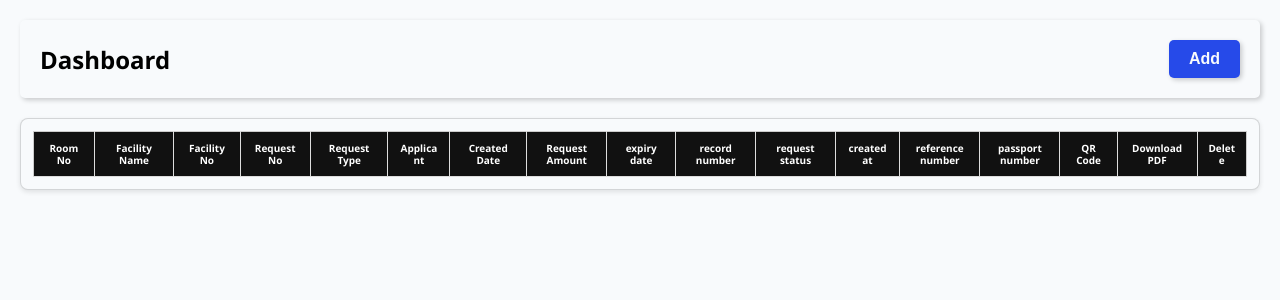
Repository: irfan-shah-sherani/Travel-Tour
Page: public/index.html
These files come from the project's save history. The page is drawn as it stood at one moment and after the next save; the edit follows.
The browser window is 1280 px wide. The pictures show the whole page.
The page's requests for data from a server got no answer.

Above is the page before, as saved 2025-07-11 05:18:46.

### public/index.html
<!DOCTYPE html>
<html lang="en">

<head>
  <meta charset="UTF-8" />
  <meta name="viewport" content="width=device-width, initial-scale=1.0" />
  <title>Dashboard</title>
  <link rel="stylesheet" href="index.css" />
  <!-- <link
      rel="stylesheet"
      href="/public/Dashboard.css"
      integrity="sha512-..."
      crossorigin="anonymous"
      referrerpolicy="no-referrer"
    /> -->
</head>

<body>
  <main>
    <!-- main content -->
    <div class="main-content">
      <!-- TOP-nav -->
      <nav class="main-nav">
        <div class="page-name">
          <i class="fas fa-bars"></i>
          <p>Dashboard</p>
        </div>
        <div class="button">
          <button id="addPersonBtn">Add</button>
        </div>
      </nav>

      <!-- main content  end -->
      <div class="table-container">
        <table>
          <tr>
            <th>Room No</th>
          <th>Facility Name</th>
          <th>Facility No</th>
          <th>Request No</th>
          <th>Request Type</th>
          <th>Applicant</th>
          <th>Created Date</th>
          <th>Request Amount</th>
          <th>expiry date</th>
          <th>record number</th>
          <th>request status</th>
          <th>created at</th>
          <th>reference number</th>
          <th>passport number</th>
          <th>QR Code</th>
          <th>Download PDF</th>
          <th>Delete</th>
          </tr>
          <tbody id="person-table-body">
            <!-- JS will populate this -->
          </tbody>
        </table>

        <!-- ✅ Place script here -->
        <script>
  fetch("/api/")
    .then((res) => res.json())
    .then((data) => {
      const tbody = document.getElementById("person-table-body");
      tbody.innerHTML = "";
      data.forEach((record) => {
        const tr = document.createElement("tr");
        tr.innerHTML = `
          <td>${record.record_id}</td>
          <td>${record.room_name}</td>
          <td>${record.facility_name}</td>
          <td>${record.facility_number}</td>
          <td>${record.request_number}</td>
          <td>${record.request_type}</td>
          <td>${record.applicant_name}</td>
          <td>${record.creation_date}</td>
          <td>${record.request_amount}</td>
          <td>${record.expiry_date}</td>
          <td>${record.record_number}</td>
          <td>${record.request_status}</td>
          <td>${record.reference_number}</td>
          <td>${record.passport_number}</td>
          <td>${record.qrcode_url ? `<img src="${record.qrcode_url}" class="qr-img" alt="QR Code">` : "No QR"}</td>
          <td>
            <a href="/api/download-pdf?token=${record.qr_token}">
              <button class="download-btn btn" type="button">Download PDF</button>
            </a>
          </td>
          <td>
            <form action="/delete/${record.qr_token}" method="POST" onsubmit="return confirm('Are you sure you want to delete this record?');">
              <button class="delete-btn btn" type="submit">Delete</button>
            </form>
          </td>
        `;

                tbody.appendChild(tr);
              });
            });
        </script>
        </table>
      </div>

      <!-- Trigger Button OUTSIDE -->
      <!-- Add Room Form (initially hidden in CSS or JS) -->
      <div class="add-new add-new-person">
        <h2 class="form-title">Add New Person</h2>
        <form class="person-form" action="/" method="POST">
          <div class="inputForm">
            <!-- Left Side -->
            <div class="left-side">
              <div class="form-group">
                <label for="room_number">Room No </label>
                <input type="text" id="room_number" name="room_number" required />
              </div>

              <div class="form-group">
                <label for="facility_name">Facility Name </label>
                <input type="text" id="facility_name" name="facility_name" required />
              </div>

              <div class="form-group">
                <label for="facility_number">Facility number </label>
                <input type="text" id="facility_number" name="facility_number" required />
              </div>

              <div class="form-group">
                <label for="request_number">Request number </label>
                <input type="number" id="request_number" name="request_number" step="0.01" required />
              </div>

              <div class="form-group">
                <label for="request_type">Request Type</label>
                <input type="text" id="request_type" name="request_type" required />
              </div>
            </div>

            <!-- Center Side -->
            <div class="center-side">
              <div class="form-group">
                <label for="applicant">Applicant</label>
                <input type="text" id="applicant" name="applicant" />
              </div>

              <div class="form-group">
                <label for="created">Created</label>
                <input type="text" id="created" name="created" />
              </div>

              <div class="form-group">
                <label for="amount">Amount</label>
                <input type="text" id="amount" name="amount" />
              </div>

              <div class="form-group">
                <label for="expiry">Expiry</label>
                <input type="text" id="expiry" name="expiry" />
              </div>

              <div class="form-group">
                <label for="record_number">Record number</label>
                <input type="text" id="record_number" name="record_number" />
              </div>
            </div>

            <!-- Right Side -->
            <div class="right-side">
              <div class="form-group">
                <label for="status">Status</label>
                <input type="text" id="status" name="status" />
              </div>

              <div class="form-group">
                <label for="reference_number">Reference number</label>
                <input type="text" id="reference_number" name="reference_number" />
              </div>

              <div class="form-group">
                <label for="passport_number">Passport number</label>
                <input type="text" id="passport_number" name="passport_number" />
              </div>

            </div>
          </div>

          <div class="button-group">
            <button type="button" class="cancelbtn">Cancel</button>
            <button type="submit" class="submit-person-btn">Add Person</button>
          </div>
        </form>
      </div>

    </div>
  </main>
  <script src="index.js"></script>
</body>

</html>

### public/index.css
* {
  margin: 0;
  padding: 0;
  box-sizing: border-box;
}
:root {
  --primary-gradient: linear-gradient(135deg, #667eea 0%, #764ba2 100%);
  --card-shadow: 0 4px 6px rgba(0, 0, 0, 0.1);
  --card-hover-shadow: 0 8px 15px rgba(0, 0, 0, 0.2);
}
body {
  font-family: "Segoe UI", Tahoma, Geneva, Verdana, sans-serif;
  background-color: #f8fafc;
}
main {
  display: flex;
  /* display: flex; */
}
/* .sidebar {
  position: fixed;
  display: flex;
  align-items: center;
  flex-direction: column;
  width: 250px;
  height: 100vh;
  padding: 20px;
  background: var(--primary-gradient);
  border-radius: 10px 0px 0px 10px;
  color: #f8fafc;
}
.cross-icon {
  display: none;
  justify-content: right;
  color: #f8fafc;
  font-size: 2rem;
  cursor: pointer;
}
.logo {
  display: flex;
  align-items: center;
  gap: 10px;
  margin-bottom: 10px;
  border-bottom: 1px solid rgba(255, 255, 255, 1);
  padding-bottom: 20px;
}
.logo p {
  font-size: 24px;
  font-weight: 600;
}
.sidebar img {
  display: block;
  width: 50px;
  height: 50px;
  object-fit: cover;
  object-position: center;
  border-radius: 5px;
}
.logo hr {
  width: 100px;
  height: 2px;
  color: rgba(255, 255, 255, 0.1);
}
.links ul li {
  list-style: none;
  margin: 5px;
}
.links ul li a {
  display: flex;
  padding-left: 20px;
  align-items: center;
  width: 200px;
  height: 50px;
  text-decoration: none;
  gap: 10px;
  border-radius: 10px;
  transition: all 0.3s ease;
  color: rgba(255, 255, 255, 0.85);
}
.links ul li a:hover {
  background-color: rgba(255, 255, 255, 0.1);
  transform: translateX(5px);
}
.links ul li a.active {
  background-color: rgba(255, 255, 255, 0.1);
  transform: translateX(5px);
} */
/* main content */
.main-content {
  display: flex;
  /* margin-left: 250px; */
  flex-direction: column;
  background-color: #f8fafc;
  width: 100%;
  padding: 20px;
  gap: 20px;
}
.main-content nav {
  display: flex;
  justify-content: space-between;
  align-items: center;
  border-radius: 5px;
  width: 100%;
  background-color: #f8fafc;
  padding: 20px;
  box-shadow: 2px 2px 5px rgba(0, 0, 0, 0.2);
}
.page-name {
  display: flex;
  align-items: center;
  gap: 10px;
}
.page-name p {
  font-size: 24px;
  font-weight: 600;
}
.page-name i {
  display: none;
  cursor: pointer;
  font-size: 24px;
  font-weight: 600;
}
.button {
  display: flex;
  align-items: center;
  gap: 10px;
}
.button button {
  padding: 10px 20px;
  border-radius: 5px;
  border: none;
  background-color: #264ae9;
  color: #f8fafc;
  font-size: 16px;
  font-weight: 600;
  box-shadow: 2px 2px 5px rgba(0, 0, 0, 0.2);
  cursor: pointer;
  transition: all 0.05s ease-in-out;
}
.button button:hover {
  transform: translateY(2px);
}

/* table */
/* General Table Styling */
.table-container {
  width: 100%;
  overflow-x: auto;
  background-color: #f8fafc;
  border-radius: 8px;
  border: 1px solid rgba(0, 0, 0, 0.15);
  box-shadow: 0 2px 5px rgba(0, 0, 0, 0.1);
  padding: 12px;
  box-sizing: border-box;
}

/* Table Reset */
table {
  width: 100%;
  border-collapse: collapse;
  font-size: 10px;
  table-layout: auto;
}
.table-container table {
  width: 100%;
  border-collapse: collapse;
  font-size: 10px;
  table-layout: auto;
  border: 1px solid #ccc; /* Outer border */
}

/* Table Header */
.table-container table th {
  background-color: #111;
  color: #fff;
  font-weight: 600;
  font-size: 10px;
  padding: 4px;
  text-align: center;
  vertical-align: middle;
  white-space: normal;
  line-height: 1.2;
  word-break: break-word;
  max-width: 90px;
  border-right: 1px solid #ddd;  /* 🔹 Column lines */
  border-bottom: 1px solid #ddd; /* 🔹 Header row line */
}

/* Last column shouldn't have extra right border */
.table-container table th:last-child,
.table-container table td:last-child {
  border-right: none;
}

/* Table Body */
.table-container table td {
  white-space: nowrap;
  text-align: center;
  vertical-align: middle;
  padding: 8px 6px;
  border-right: 1px solid #eee;  /* 🔹 Column lines */
  border-bottom: 1px solid #eee; /* 🔹 Row lines */
}

/* Row Hover Effect */
.table-container table tr:hover {
  background-color: #e2e8f0;
  transition: background-color 0.2s;
}

/* Table Header */
.table-container table th {
  background-color: #111;
  color: #fff;
  font-weight: 600;
  font-size: 10px;
  padding: 10px;
  text-align: center;
  vertical-align: middle;
  white-space: normal;
  line-height: 1.2;
  word-break: break-word;
  border-bottom: 1px solid #ddd; /* Line below header */
}

/* Limit column width for long headers */
.table-container table th {
  max-width: 90px;
}

/* Table Body */
.table-container table td {
  white-space: nowrap;
  text-align: center;
  vertical-align: middle;
  padding: 8px 6px;
  border-bottom: 1px solid #eee; /* 🔹 Line between rows */
}

/* Row Hover Effect */
.table-container table tr:hover {
  background-color: #e2e8f0;
  transition: background-color 0.2s;
}

/* Button Styling */
.btn {
  padding: 4px 8px;
  font-size: 10px;
  border-radius: 4px;
  border: none;
  cursor: pointer;
  transition: 0.2s;
}

/* Delete Button */
.delete-btn {
  border: 1px solid #ef4444;
  color: #ef4444;
  background: transparent;
}
.delete-btn:hover {
  background-color: #fee2e2;
}

/* Download Button (optional styling) */
.download-btn {
  background-color: #2563eb;
  color: white;
  border: none;
}
.btn {
  transform: translateY(2px);
}

.add-new {
  display: none;
  width: 80%;
  max-height: 90vh; /* limit height */
  overflow-y: auto;  /* enable scroll if content too tall */
  position: absolute;
  top: 50%;
  left: 50%;
  transform: translate(-50%, -50%);
  background-color: white;
  padding: 20px;
  border-radius: 8px;
  box-shadow: 0 0 10px rgba(0, 0, 0, 0.5);
  font-family: Arial, sans-serif;
  z-index: 10;
}

.form-title {
  font-size: 24px;
  font-weight: 600;
  margin-bottom: 10px;
}

/* Reduce spacing */
.person-form {
  display: flex;
  flex-direction: column;
  gap: 10px;
}

.inputForm {
  display: flex;
  justify-content: space-between;
  gap: 20px;
}

/* Equal columns */
.left-side,
.center-side,
.right-side {
  flex: 1;
}
label {
  font-size: 14px;
  font-weight: 500;
  margin-bottom: 5px;
}
/* Compact input spacing */
.form-group {
  display: flex;
  flex-direction: column;
  margin-bottom: 10px;
}

input,
textarea,
select {
  padding: 5px;
  font-size: 16px;
}

/* Buttons */
.button-group {
  display: flex;
  justify-content: flex-end;
  gap: 10px;
  margin-top: 0px;
}

button {
  padding: 8px;
  font-size: 13px;
  border: none;
  border-radius: 5px;
  cursor: pointer;
}

.cancel-person-btn {
  background-color: #6c757d;
  color: white;
}

.submit-person-btn {
  background-color: #007bff;
  color: white;
}

/* Responsive */
@media (max-width: 768px) {
  .inputForm {
    flex-direction: column;
  }

  .left-side,
  .center-side,
  .right-side {
    width: 100%;
  }
}
.qr-img {
  width: 30px;
  height: 30px;
  object-fit: contain;
  display: block;
}

### public/index.js
const addPersonBtn = document.getElementById("addPersonBtn");
const addNewPerson = document.querySelector(".add-new");
const cancelPersonBtn = document.querySelector(".cancelbtn");
const submitPersonBtn = document.querySelector(".submit-person-btn");

addPersonBtn?.addEventListener("click", () => {
  addNewPerson.style.display = "block";
});

cancelPersonBtn?.addEventListener("click", () => {
  addNewPerson.style.display = "none";
});

submitPersonBtn?.addEventListener("click", () => {
  addNewPerson.style.display = "none";
});

After the next save:
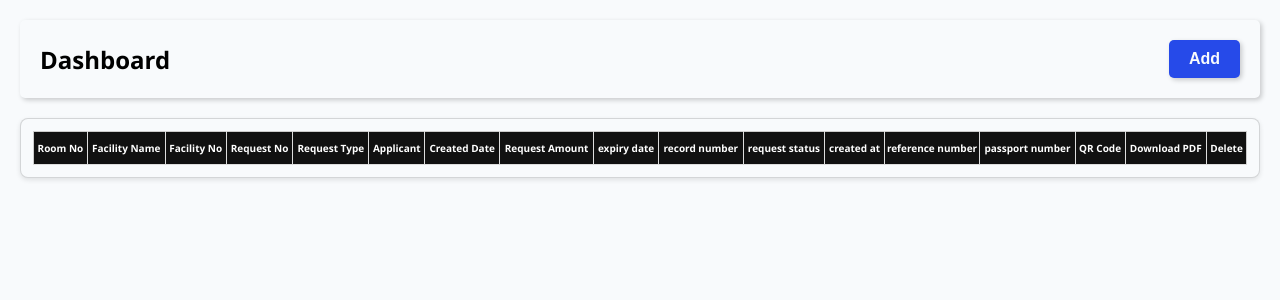
Saved 1 s later.
--- a/public/index.css
+++ b/public/index.css
@@ -213,7 +213,7 @@ table {
   color: #fff;
   font-weight: 600;
   font-size: 10px;
-  padding: 10px;
+  padding: 10px 2px;
   text-align: center;
   vertical-align: middle;
   white-space: normal;
